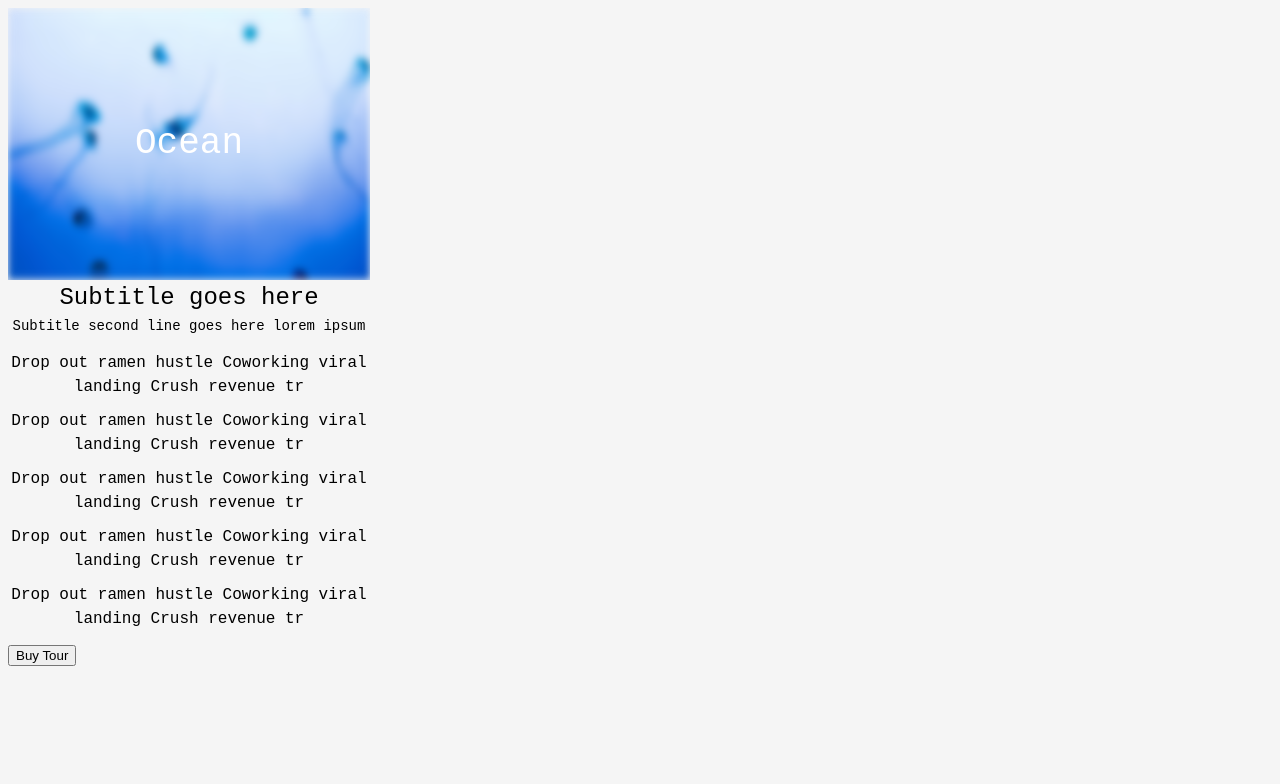
Repository: HoanTiny/pricetable
Page: index.html
An editor plug-in stored every save of this project. The page is shown before and after the next save, followed by the edit.
The browser window is 1280 px wide. The pictures show the whole page.

Above is the page before, as saved 2022-07-04 10:09:56.

After the next save:
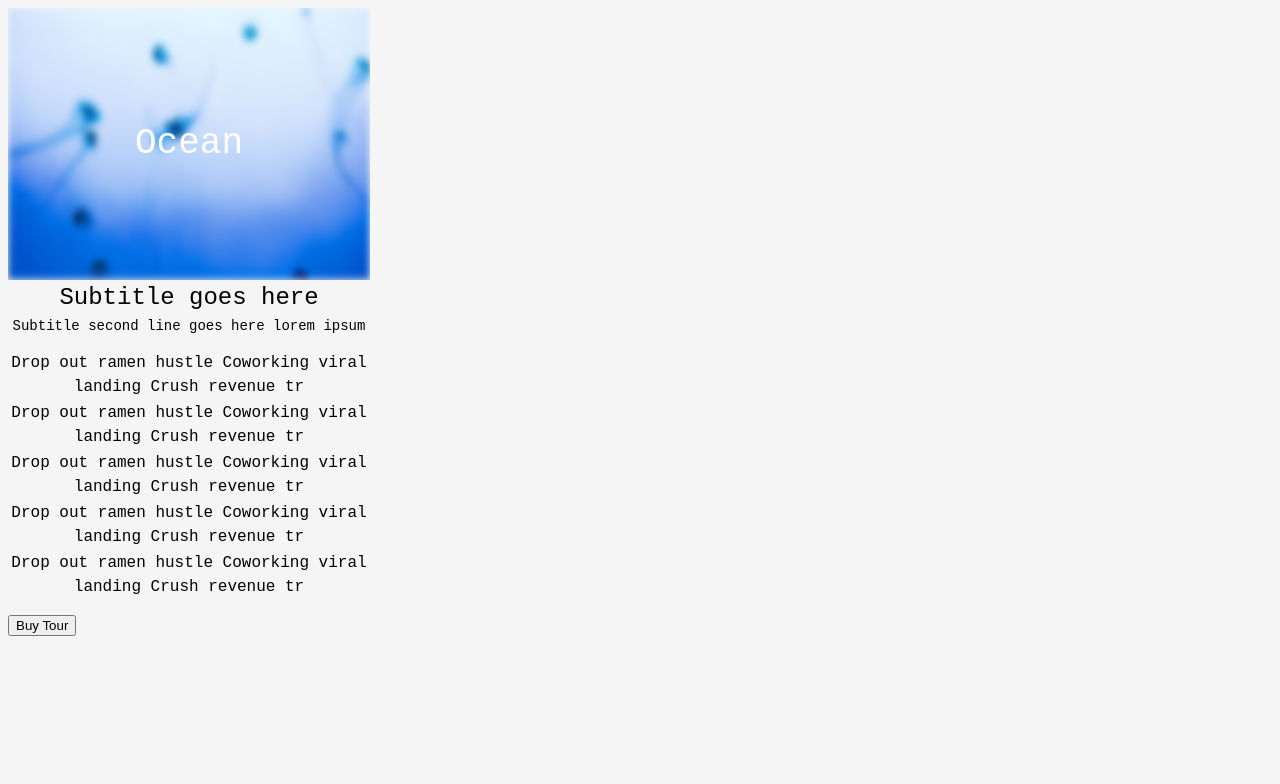
Saved 22 s later.
--- a/assests/css/style.css
+++ b/assests/css/style.css
@@ -59,5 +59,5 @@ img {
 
 .title_list ul li {
     font-size: 16px;
-    margin-bottom: 10px;
+    height: 50px;
 }
